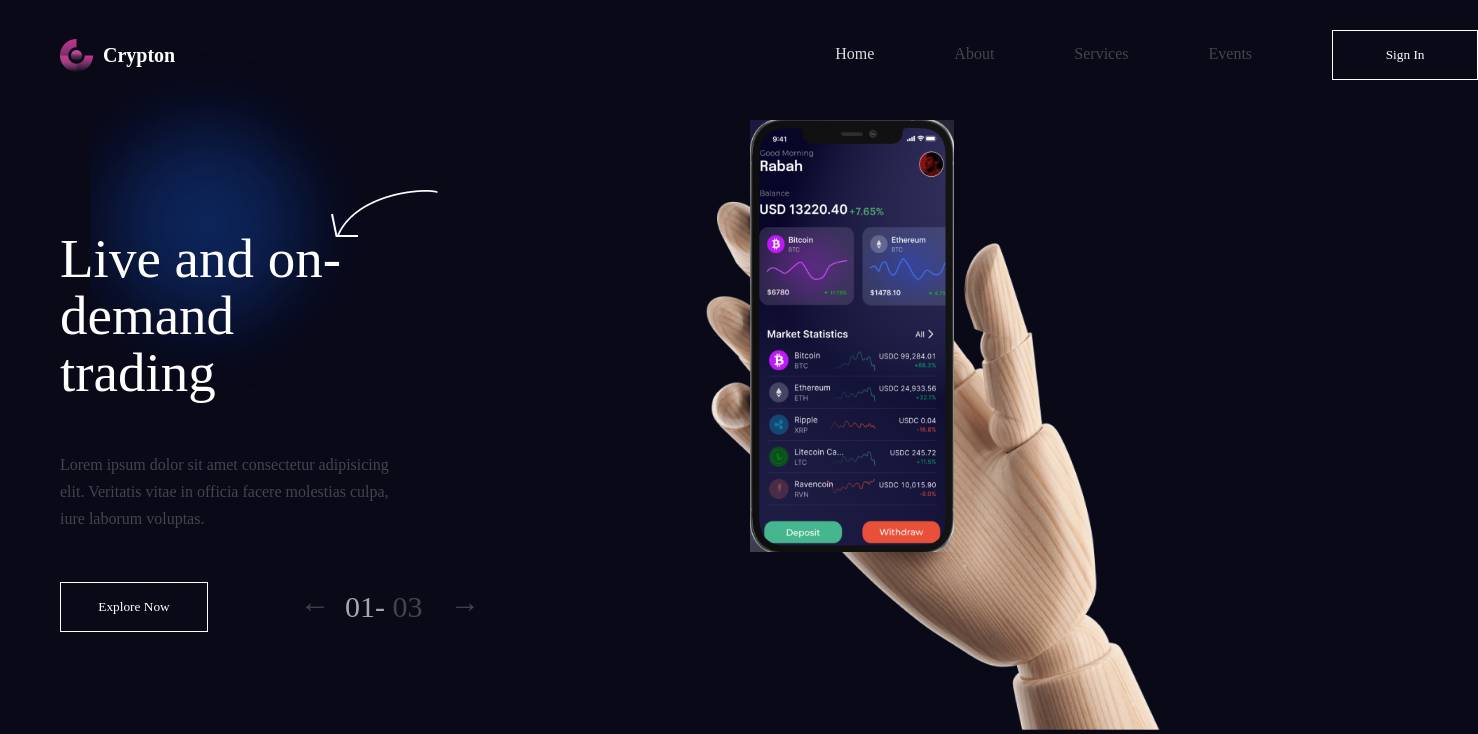
Repository: isaacCodes1/Crypton-Website
Page: index.html
These files come from the project's save history. The page is drawn as it stood at one moment and after the next save; the edit follows.
The browser window is 1280 px wide. The page is 1478 px wide, so the pictures cover 1478 px, including what lies to the right of the window. The pictures show the whole page.

Above is the page before, as saved 2024-05-14 21:00:39.

### index.html
<!DOCTYPE html>
<html lang="en">
  <head>
    <meta charset="UTF-8" />
    <meta name="viewport" content="width=device-width, initial-scale=1.0" />
    <link rel="stylesheet" href="style.css" />
    <title>Crypton HomePage</title>
  </head>
  <body>
    <header>
      <nav>
        <div class="headerGen">
          <div class="logo">
            <img class="logoImage" src="/Assets/Group 605.png" alt="" />
            <p class="logoText">Crypton</p>
            <ul>
              <li>Home</li>
              <li style="color: #d6d5d54a">About</li>
              <li style="color: #d6d5d54a">Services</li>
              <li style="color: #d6d5d54a">Events</li>
              <button class="sign">Sign In</button>
            </ul>
          </div>
        </div>
      </nav>
    </header>
    <section>
      <div class="firstSectionGeneral">
        <div class="liveTexts">
          <h1 class="liveText"><span><img class="shadow" src="/Assets/shadow.png" alt=""></span><span><img class="arrow" src="/Assets/Arrow_03.png" alt=""></span>Live and on-demand trading</h1>
          <p class="lorem">
            Lorem ipsum dolor sit amet consectetur adipisicing elit. Veritatis
            vitae in officia facere molestias culpa, iure laborum voluptas.
          </p>
          <button class="explore">Explore Now</button>
          <span class="rArrow">&#8592;</span>
          <p class="innerP">01- <span class="theBrownNumber">03</span></p>
          <span class="lArrow">&#8594;</span>
        </div>
      </div>
    </section>
    <section>
      <div class="handDiv">
        <div class="woodenHand">
          <img class="wood" src="/Assets/rabat.png
          " alt="">
          <img class="hand" src="/Assets/Hand.png" alt="">
        </div>
      </div>
    </section>
  </body>
</html>

### style.css
    * {
    margin: 0;
    padding: 0;
    box-sizing: border-box;
    font-family: "poppins";
    }
body{
    background-color: rgb(9, 9, 24);
}
/* NavBar */
.logo {
    display: flex;
    align-items: center;
    gap: 10px;
    padding-top: 30px;
    margin-left: 60px;
    margin-bottom: 150px;
    cursor: pointer;
}
.logoText{
    font-size: 20px;
    color: #fff;
    margin-right: 650px;
    font-weight: 600;
}
.logo ul{
    display: flex;
    color: #dedcdc;
    list-style: none;
    gap: 80px;
    display: flex;
    align-items: center;
    cursor: pointer;
}
    .logo ul li {
        list-style: none;
        display: inline-block;
        /* padding: 8px 12px; */
        position: relative;
    }
    .logo ul li::after {
        content: "";
        width: 0%;
        height: 2px;
        background: #fff;
        display: block;
        margin: auto;
        transition: 0.5s;
    }
    .logo ul li:hover::after {
        width: 70%;
    }

.sign{
    width: 146px;
    height: 50px;
    border: 1px solid #fff;
    background: transparent;
    color: #fff;
    cursor: pointer;
}
/* Landing Page */
.liveTexts{
    /* display: flex; */
}
.liveText{
    display: flex;
    flex-direction: column;
    font-size: 55px;
    width: 340px;
    line-height: 57px;
    color: #fff;
    margin-left: 60px;
    font-weight: normal;
    margin-bottom: 50px;
}
.shadow{
    width: 25%;
    position: absolute;
    top: 20px;
    left: 90px;
    z-index: -1;
}
.lorem{
    color: #d6d5d54a;
    width: 27%;
    margin-left: 60px;
    line-height: 27px;
    margin-bottom: 50px;
}
.explore{
    margin-left: 60px;
    width: 148px;
    height: 50px;
    background: transparent;
    color: #fff;
    border: 1px solid #fff;
}
.arrow{
    position: absolute;
    top: 120px;
    left: 290px;
}
.rArrow{
    position: absolute;
    font-size: 30px;
    top: 585px;
    left: 300px;
    margin-right: 200px;
    color: #d6d5d54a;
    display: flex;
    align-items: center;
}
.lArrow{
    position: absolute;
    font-size: 30px;
    top: 585px;
    left: 450px;
    color: #d6d5d54a;
    display: flex;
    align-items: center;
}
.innerP{
    position: absolute;
    left: 345px;
    top: 590px;
    color: #ffffffa4;
    font-size: 30px;
}
.theBrownNumber{
    color: #d6d5d54a;
}
/* Wooden Hand Image */
.handDiv{
    display: flex;
    position: absolute;
    top: 190px;
    right: 120px;
}
.hand{
    height: 75vh;
}
.wood{
    position: absolute;
    right: 206px;
    top: -70px;
    width: 45%;
    height: 60vh;
}

After the next save:
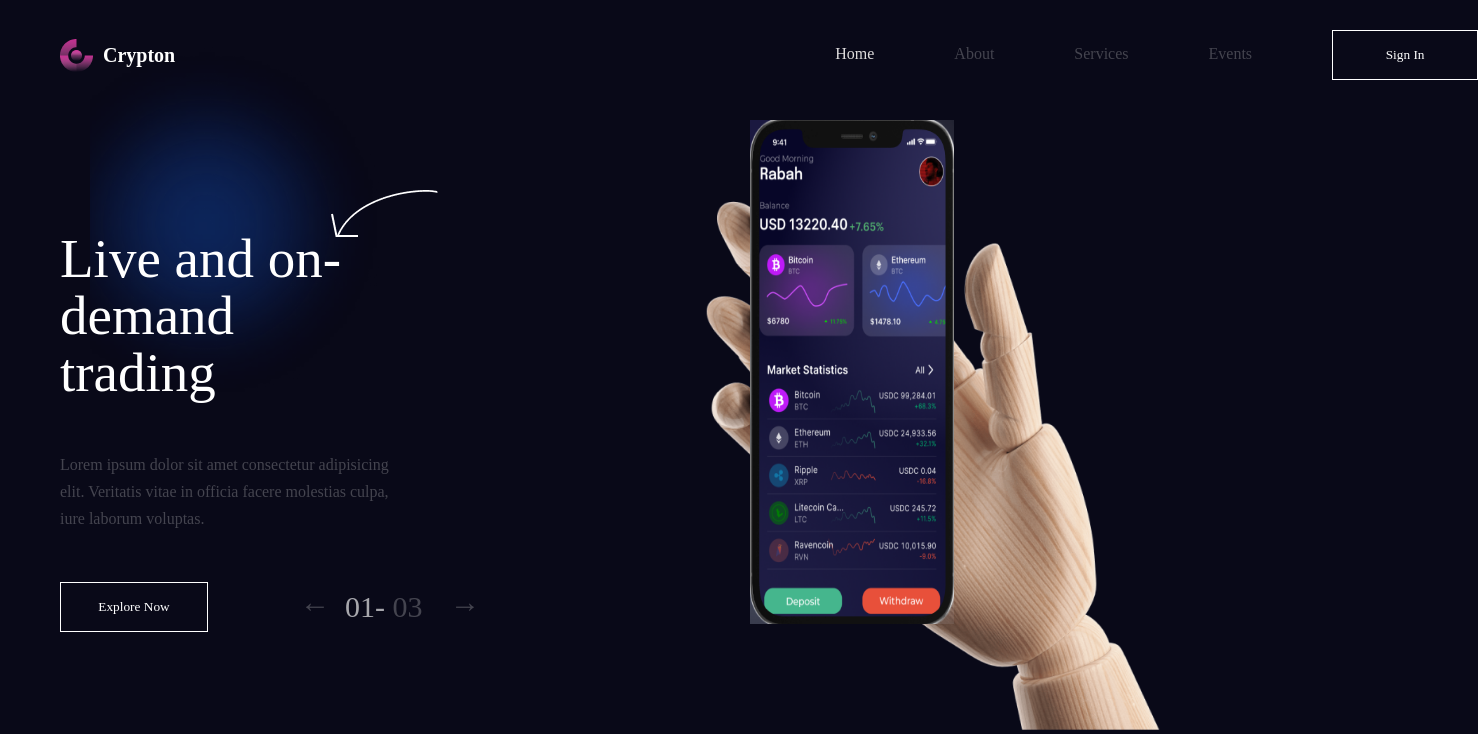
Saved 4 s later.
--- a/style.css
+++ b/style.css
@@ -145,5 +145,5 @@ body{
     right: 206px;
     top: -70px;
     width: 45%;
-    height: 60vh;
+    height: 70vh;
 }
